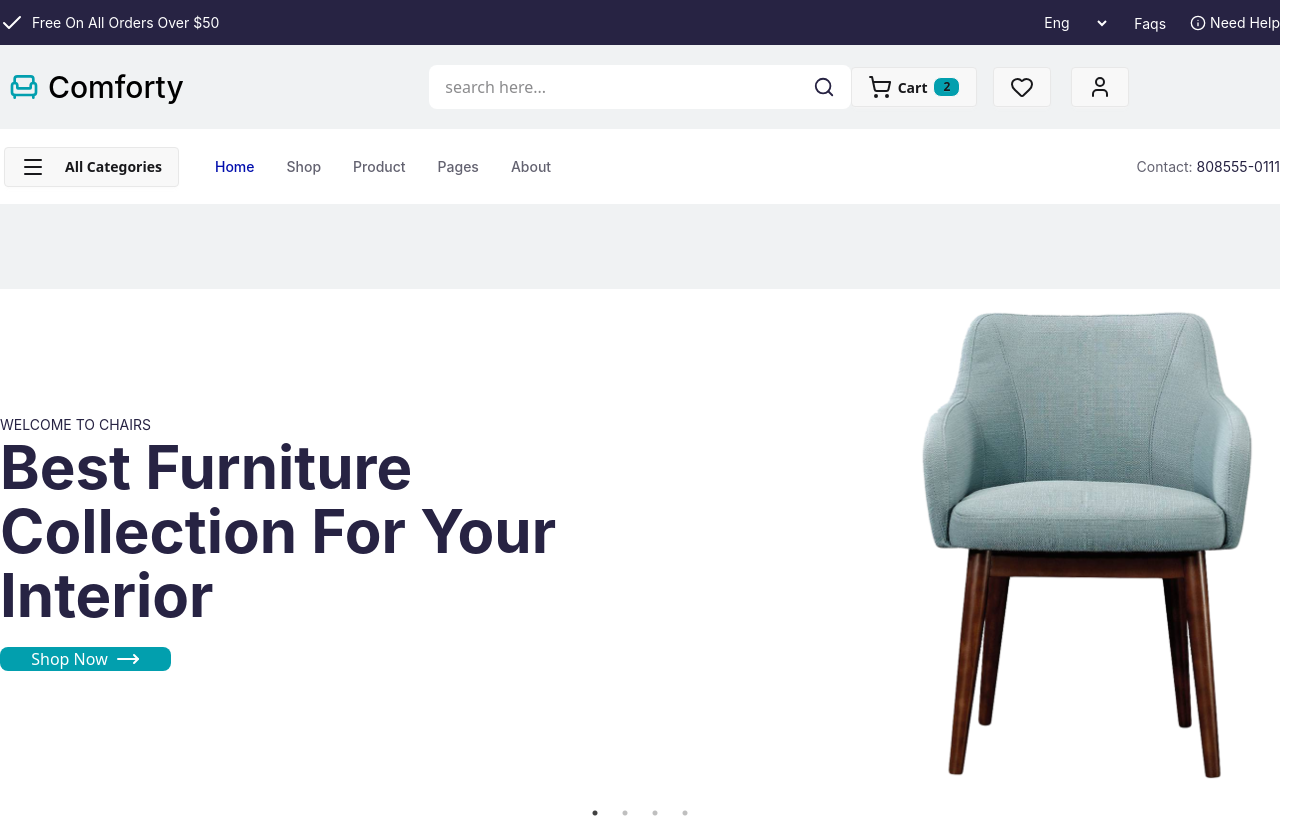
Repository: Neda0o0/store-template-website
Page: /
The author's editor kept a copy of each file at every save. The page is drawn from the files as they stood at one save, then again after the next save.
The browser window is 1280 px wide. The page is 1305 px wide, so the pictures cover 1305 px, including what lies to the right of the window. The pictures show the whole page.
The project was rebuilt for these pictures with package versions that can differ from the ones it lists, and the page was loaded fresh each time. Also part of the build but not shown: vite.config.js, src/Pages/Auth/Auth.jsx, src/Pages/Auth/Login/Login.jsx, src/Pages/Auth/Register/Register.jsx, src/Pages/Error/Error.jsx, src/AuthCheck/AuthCheck.jsx.

Above is the page before, as saved 2025-10-22 13:36:38.

### index.html
<!doctype html>
<html lang="en">
  <head>
    <meta charset="UTF-8" />
    <link rel="icon" type="image/svg+xml" href="/vite.svg" />
    <meta name="viewport" content="width=device-width, initial-scale=1.0" />
    <title>new-project</title>
  </head>
  <body>
    <div id="root"></div>
    <script type="module" src="/src/main.jsx"></script>
  </body>
</html>

### src/main.jsx
import { StrictMode } from "react";
import { createRoot } from "react-dom/client";
import MainLayout from "./MainLayout/MainLayout";
import "./index.css";

createRoot(document.getElementById("root")).render(
  <StrictMode>
    <MainLayout />
  </StrictMode>
);

### src/MainLayout/MainLayout.jsx
import { BrowserRouter, Route, Routes } from "react-router";
import Navbar from "../components/Navbar/Navbar";
import Home from "../Pages/Home/Home";
import Auth from "../Pages/Auth/Auth";
import Login from "../Pages/Auth/Login/Login";
import Register from "../Pages/Auth/Register/Register";
import Error from "../Pages/Error/Error";
import AuthCheck from "../AuthCheck/AuthCheck";

const MainLayout = () => {
  return (
    <BrowserRouter>
      {/* Navbar */}
      <Navbar />
      <Routes>
        <Route
          path="/"
          element={
            <AuthCheck>
              <Home />
            </AuthCheck>
          }
        />
        <Route path="auth" element={<Auth />}>
          <Route path="login" element={<Login />} />
          <Route path="register" element={<Register />} />
        </Route>
        {/* not found routes */}
        <Route path="*" element={<Error />} />
      </Routes>
    </BrowserRouter>
  );
};
export default MainLayout;

### src/index.css
@import "tailwindcss";
@plugin "daisyui";

/* google font inter */
@import url("https://fonts.googleapis.com/css2?family=Inter:ital,opsz,wght@0,14..32,100..900;1,14..32,100..900&display=swap");

@theme {
  --font-inter: "Inter", sans-serif;
}

.banner_slide_item {
  display: flex !important;
  justify-content: space-between;
  align-items: center;
  gap: 7.5rem;
}

.banner_image {
  position: relative;
  width: 30%;
}
.banner_image::before {
  content: "";
  position: absolute;
  top: 0;
  right: 0;
  max-width: 747px;
  width: 100%;
  min-height: 747px;
  height: 100%;
  /* background-color: red; */
  /* background-color: #ele3e5;  */
  border-radius: 100%;
  z-index: -1;
}

### src/components/Navbar/Navbar.jsx
import {
  Armchair,
  Check,
  Info,
  Search,
  ShoppingCart,
  Heart,
  User,
  Menu,
} from "lucide-react";
import { Link, NavLink } from "react-router-dom";

const Navbar = () => {
  return (
    <div>
      {/* navbar top */}
      <div className="navbar_top flex items-center justify-center bg-[#272343] w-full h-[45px]">
        <div className="lg:container flex justify-between items-center">
          <p className="flex items-center gap-2 text-sm font-inter font-normal text-white capitalize">
            <Check />
            Free on all orders over $50
          </p>
          <div className="navbar_top_right flex items-center gap-6">
            <select
              defaultValue="Server location"
              className=" bg-none h-[30px] w-[70px] text-sm font-inter font-normal capitalize text-white"
            >
              <option>Eng</option>
              <option>Farsi</option>
            </select>
            <button>
              <Link className="text-sm text-white font-inter font-normal capitalize ">
                Faqs
              </Link>
            </button>
            <button>
              <Link className="flex items-center gap-1 text-sm  text-white font-inter font-normal capitalize">
                <Info size={16} />
                Need help
              </Link>
            </button>
          </div>
        </div>
      </div>
      {/* navbar middle */}
      <div className="navbar middle flex items-center justify-center bg-[#f0f2f3] w-full h-[84px]">
        <div className="lg:container grid grid-cols-3 items-center">
          <div className="logo_wrapper">
            <Link
              to="/"
              className="text-3xl text-black font-inter font-medium capitalize flex items-center gap-2"
            >
              <Armchair size="2rem" color="#029fae" /> Comforty
            </Link>
          </div>
          <div className="search_box">
            <form action="#" className="max-w-[443px] h-[44px] relative">
              <input
                type="text"
                placeholder="search here..."
                className=" max-w-[443px] w-full h-full bg-white rounded-lg pl-4 "
              />
              <button className="absolute to-50% right-4 translate-y-1/2">
                <Search size="22px" color="#272343" />
              </button>
            </form>
          </div>
          {/* navbar middle right */}
          <div className="navbar_middle_right flex items-center gap-4">
            <button className="btn capitalize">
              <ShoppingCart /> cart
              <div className="badge badge-sm bg-[#029fae]">2</div>
            </button>
            <button className="btn capitalize">
              <Heart />
            </button>

            <div className="dropdown">
              <div tabIndex={0} role="button" className="btn m-1">
                <User />
              </div>
              <ul
                tabIndex="-1"
                className="dropdown-content menu bg-base-100 rounded-box z-1 w-52 p-2 shadow-sm"
              >
                <li>
                  <Link>Account</Link>
                </li>
                <li>
                  <Link>Logout</Link>
                </li>
              </ul>
            </div>
          </div>
        </div>
      </div>

      {/* navbar bottom */}
      <div className="navbar_bottom flex items-center justify-center w-full h-[75px] bg-white border-[#ele3e5]">
        <div className="lg:container flex items-center justify-between">
          <div className="navbar_bottom_left flex items-center gap-8">
            <div className="dropdown dropdown-start">
              <div
                tabIndex={0}
                role="button"
                className="btn m-1 flex items-center gap-5 capitalize"
              >
                <Menu /> all categories
              </div>
              <ul
                tabIndex="-1"
                className="dropdown-content menu bg-base-100 rounded-box z-1 w-52 p-2 shadow-sm"
              >
                <li>
                  <a>Chair</a>
                </li>
                <li>
                  <a>Pant</a>
                </li>
                <li>
                  <a>Shirt</a>
                </li>
                <li>
                  <a>T-shirt</a>
                </li>
              </ul>
            </div>
            <nav className="flex items-center gap-8">
              <NavLink
                to="/"
                className="text-sm text-[#020fae] font-inter font-medium capitalize"
              >
                Home
              </NavLink>
              <NavLink className="text-sm text-[#636270] font-inter font-medium capitalize">
                shop
              </NavLink>
              <NavLink className="text-sm text-[#636270] font-inter font-medium capitalize">
                product
              </NavLink>
              <NavLink className="text-sm text-[#636270] font-inter font-medium capitalize">
                pages
              </NavLink>
              <NavLink className="text-sm text-[#636270] font-inter font-medium capitalize">
                about
              </NavLink>
            </nav>
          </div>

          <div className="navbar_bottom_right">
            <p className="text-sm text-[#636270] font-inter font-normal capitalize">
              contact: <span className="text-[#272343]">{808}555-0111</span>
            </p>
          </div>
        </div>
      </div>
    </div>
  );
};
export default Navbar;

### src/Pages/Home/Home.jsx
import Banner from "../../components/Banner/Banner";
const Home = () => {
  return (
    <div>
      {/* banner component */}
      <div className="w-full bg-[#f0f2f3] min-h-[85px] flex items-center justify-center "></div>
      <Banner></Banner>
    </div>
  );
};
export default Home;

### src/components/Banner/Banner.jsx
import "slick-carousel/slick/slick.css";
import "slick-carousel/slick/slick-theme.css";
import Slider from "react-slick";
import { MoveRight } from "lucide-react";

const Banner = () => {
  const products = [
    {
      id: 1,
      title: "Best Furniture collection for your interior ",
      subTitle: "welcome to chairs",
      image: "/src/assets/Banner/banner_image.png",
    },
    {
      id: 2,
      title: "Best Furniture collection for your interior ",
      subTitle: "welcome to chairs",
      image: "/src/assets/Banner/banner_image.png",
    },
    {
      id: 3,
      title: "Best Furniture collection for your interior ",
      subTitle: "welcome to chairs",
      image: "/src/assets/Banner/banner_image.png",
    },
    {
      id: 4,
      title: "Best Furniture collection for your interior ",
      subTitle: "welcome to chairs",
      image: "/src/assets/Banner/banner_image.png",
    },
  ];
  const settings = {
    dots: true,
    infinite: true,
    speed: 500,
    slidesToShow: 1,
    slidesToScroll: 1,
  };
  return (
    <div className="lg:container ">
      <div className="slider-container">
        <Slider {...settings}>
          {products?.map((product) => (
            <div key={product?.id} className="banner_slide_item">
              {/* banner text */}
              <div className="banner_text">
                <p className="text-sm font-inter font-normal text-[#272343] uppercase">
                  {product?.subTitle}
                </p>
                <h3 className="text-6xl text-[#272343] font-inter capitalize leading-16 max-w-[631px] w-full font-bold mb-5">
                  {product?.title}
                </h3>
                <button className="max-w-[171px] w-full flex items-center justify-center gap-2 h-[52] bg-[#029fae] rounded-lg cursor-pointer text-white capitalize">
                  shop now <MoveRight />
                </button>
              </div>

              {/* banner image */}
              <div className="banner_image w-full h-full flex items-center justify-end">
                <img src={product?.image} alt={product?.title} />
              </div>
            </div>
          ))}
        </Slider>
      </div>
    </div>
  );
};
export default Banner;

After the next save:
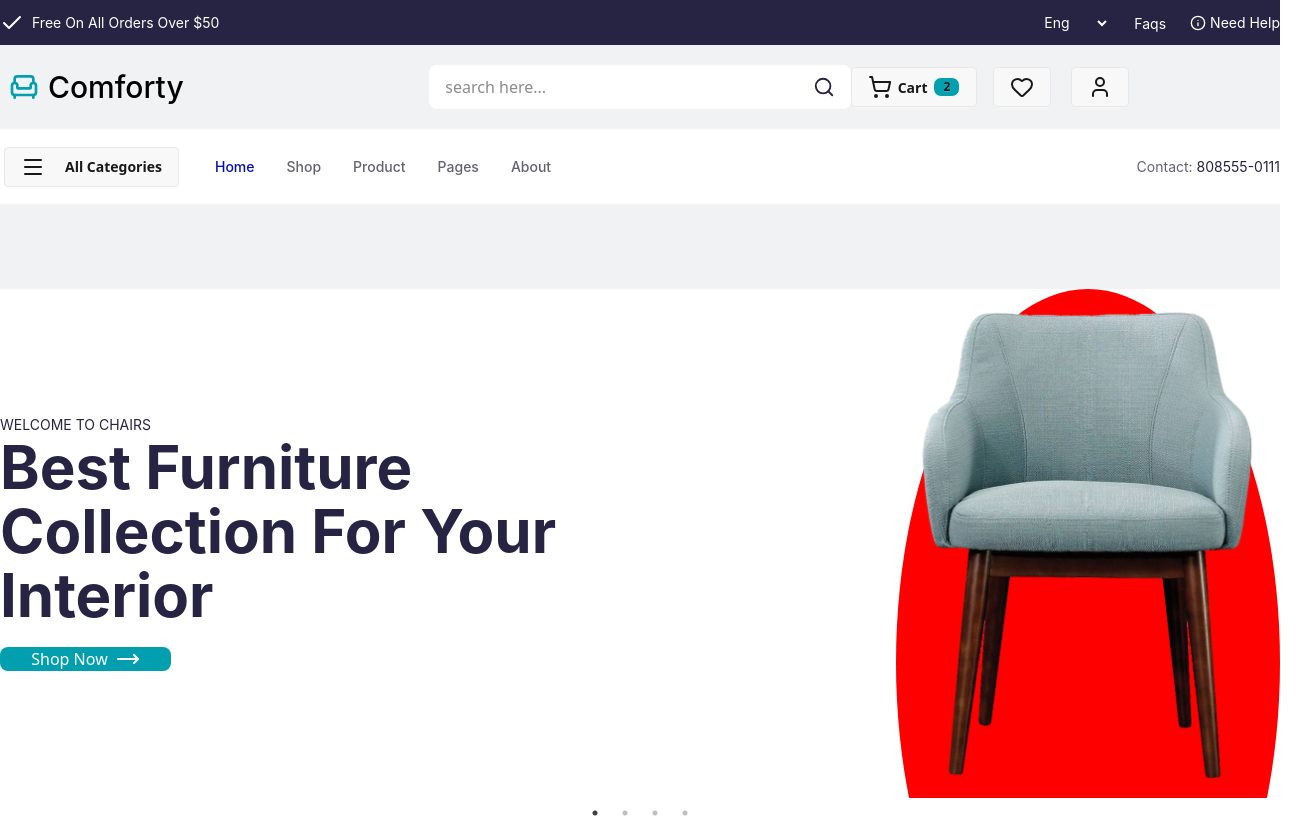
Saved 14 s later.
--- a/src/index.css
+++ b/src/index.css
@@ -28,7 +28,7 @@
   width: 100%;
   min-height: 747px;
   height: 100%;
-  /* background-color: red; */
+  background-color: red;
   /* background-color: #ele3e5;  */
   border-radius: 100%;
   z-index: -1;
